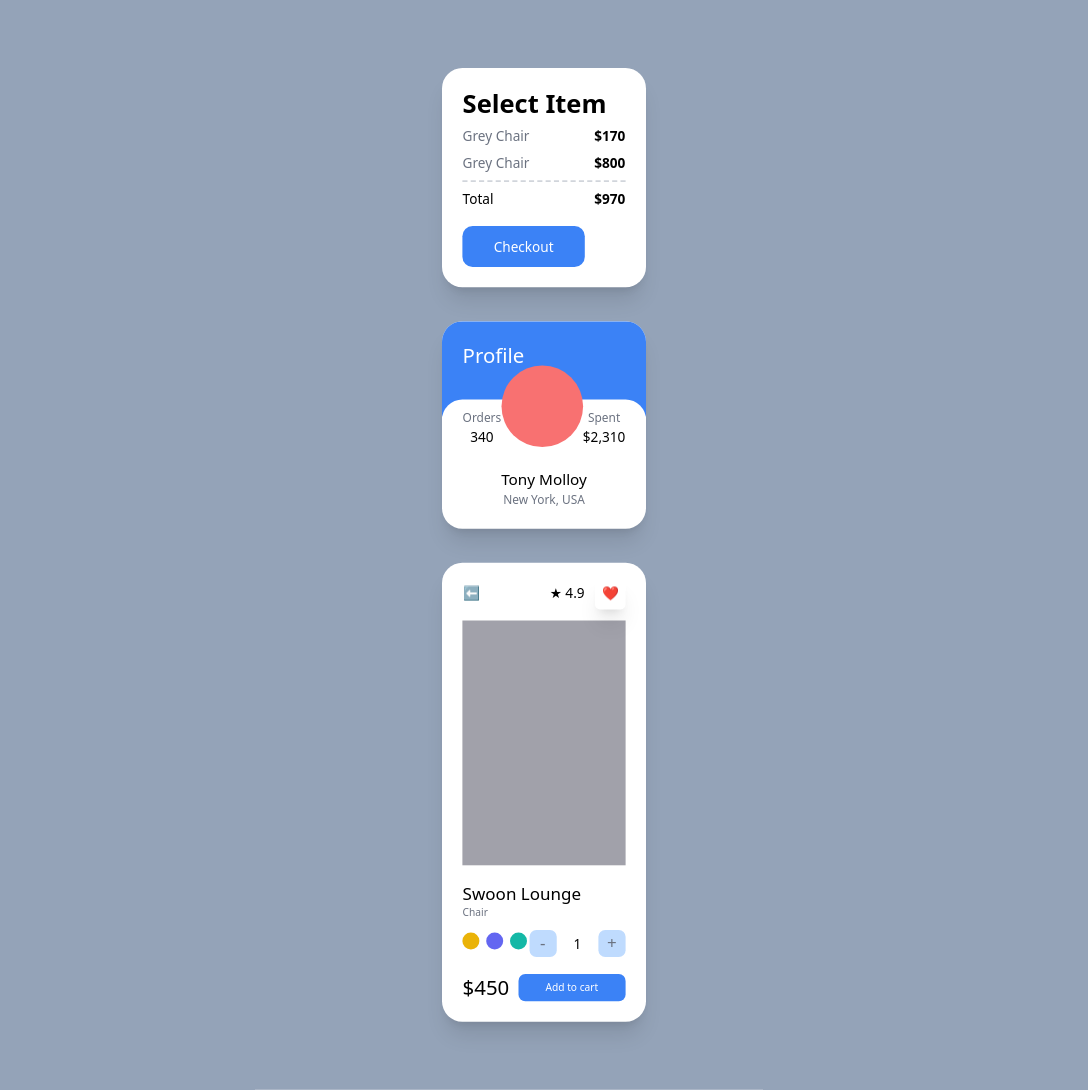
Repository: pjk0007/nextjs-carrot-marcket
Page: /
The author's editor kept a copy of each file at every save. The page is drawn from the files as they stood at one save, then again after the next save.
The browser window is 1280 px wide. The pictures show the whole page, at 85% of full size.
The project was rebuilt for these pictures with package versions that can differ from the ones it lists, and the page was loaded fresh each time. The framework's server and built-in components were replaced by stand-ins that run in the browser. Also part of the build but not shown: next.config.js.

Above is the page before, as saved 2022-04-30 13:44:13.

After the next save:
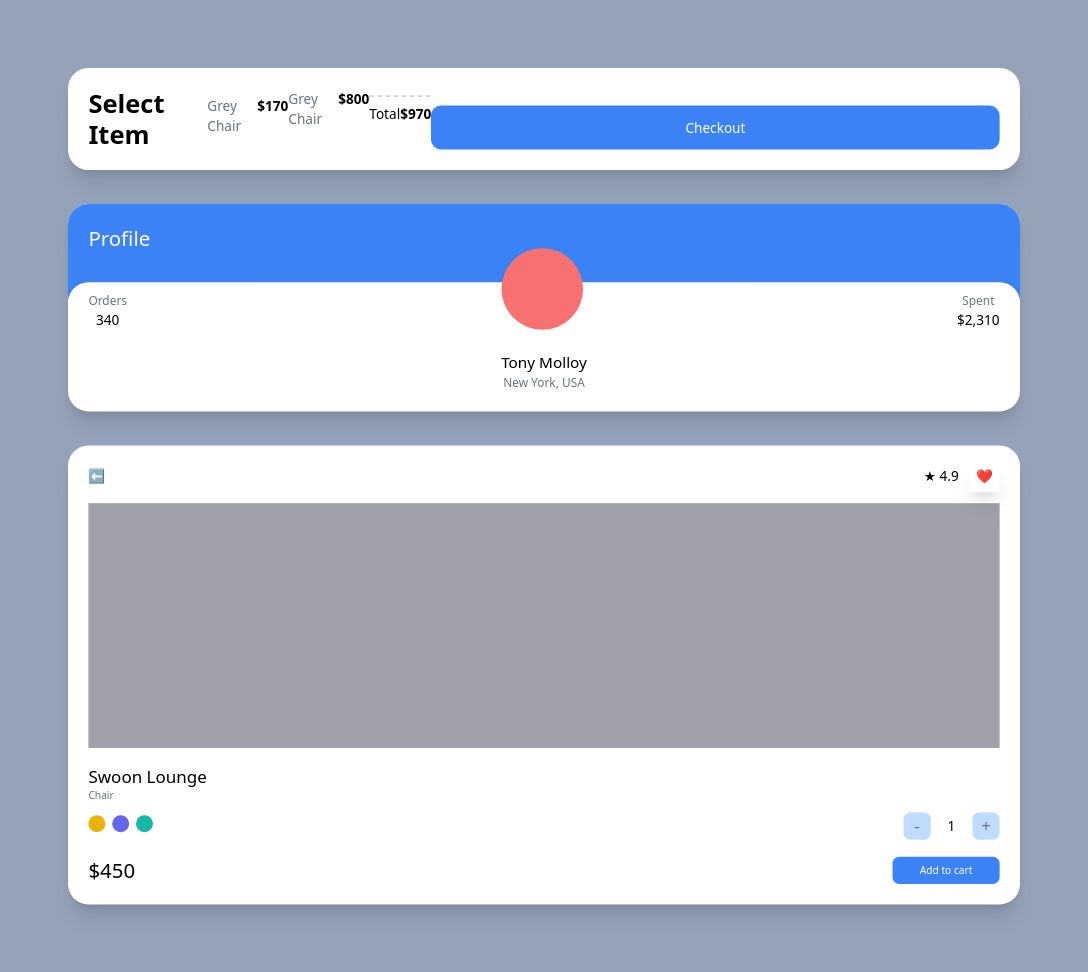
Saved 13 s later.
--- a/pages/index.tsx
+++ b/pages/index.tsx
@@ -1,8 +1,8 @@
 import type { NextPage } from 'next'
 const Home: NextPage = () => {
   return (
-    <div className='bg-slate-400 py-20 px-20 grid gap-10 min-h-screen justify-center'>
-      <div className='bg-white p-6 rounded-3xl shadow-xl'>
+    <div className='bg-slate-400 py-20 px-20 grid gap-10 min-h-screen'>
+      <div className='bg-white p-6 rounded-3xl shadow-xl flex justify-center'>
         <span className='font-semibold text-3xl'>Select Item</span>
         <div className='flex justify-between my-2'>
           <span className='text-gray-500'>Grey Chair</span>
